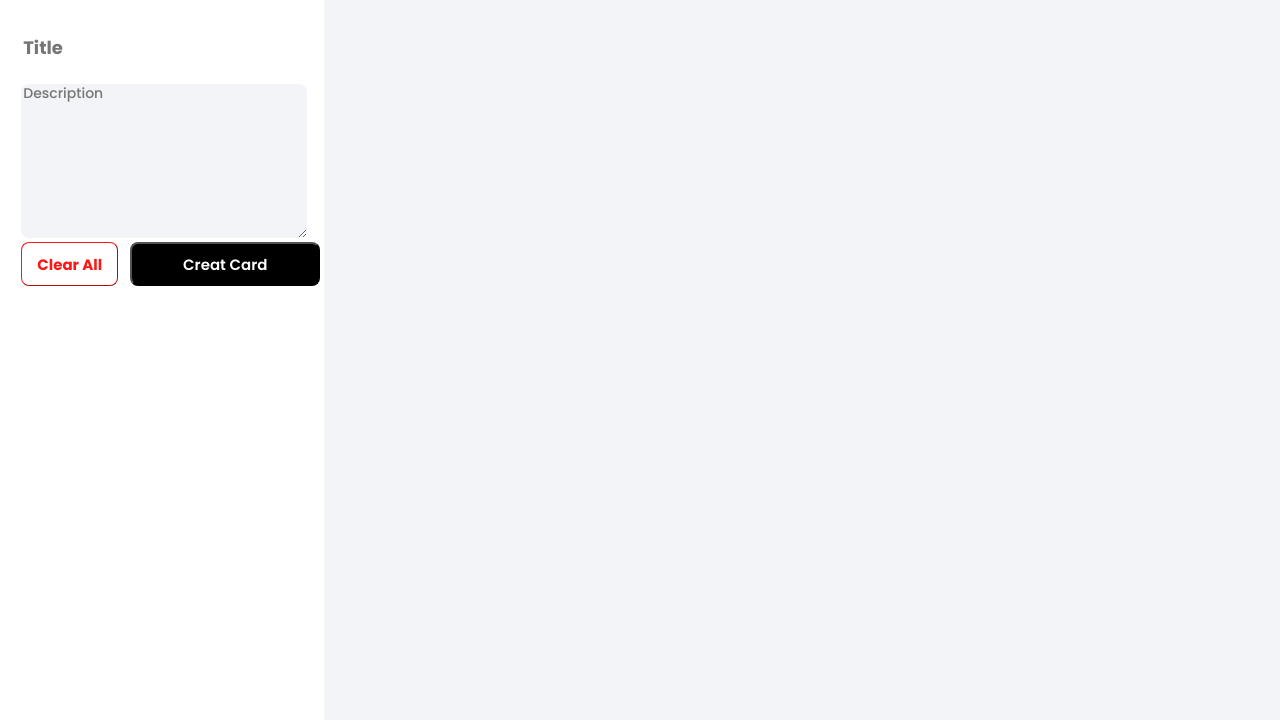
Repository: ReyhanehRahmani/TO-DO
Page: index.html
An editor plug-in stored every save of this project. The page is shown before and after the next save, followed by the edit.
The browser window is 1280 px wide. The pictures show the whole page.
Some web fonts or font styles are not loaded; a fallback is used.

Above is the page before, as saved 2025-06-08 14:07:43.

### index.html
<!DOCTYPE html>

<html lang="en">

    <head>

        <meta name="viewport" content="width=device-width, initial-scale=1.0" />

        <title>TO-DO</title>

        <link rel="icon" type="image/jpg" href="favicon.png">

        <link rel="stylesheet" href="style.css">

        <link rel="preconnect" href="https://fonts.googleapis.com">

        <link rel="preconnect" href="https://fonts.gstatic.com" crossorigin>

        <link href="https://fonts.googleapis.com/css2?family=Poppins:ital,wght@0,100;0,200;0,300;0,400;0,500;0,600;0,700;0,800;0,900;1,100;1,200;1,300;1,400;1,500;1,600;1,700;1,800;1,900&family=Sofia+Sans:ital,wght@0,1..1000;1,1..1000&display=swap" rel="stylesheet">

    </head>
    <body>
        <div id="side">

            <div id="main-card">
            <div id="content">
                <div >
                <div id="title">
                    <input type="text" id="titlebox" minlength="3" maxlength="30" placeholder="Title">
                </div>
                <div id="description">
                    <textarea type="text" id="descriptionbox" maxlength="200" placeholder="Description"></textarea>
                </div>
                </div>

                <div id="buttons">
                    <div id="clear"><button id="clearbut">Clear All</button></div>
                    <div id="creat"><button id="creatbut">Creat Card</button></div>
                </div>
            </div>

            </div>

            <div id="cardsContainer"></div>
        </div>

        <script src="script.js"></script>
    </body>

### style.css
@media screen and (max-width: 1279px){

body{
    background-color: #F2F4F7;
}



#main-card{
    margin-left: 6%;
    margin-right: 6%;
    margin-top: 6%;
    background-color: #FFFFFF;
}

#content{
    margin-right: 6.557377049%;
    margin-left: 6.557377049%;
    margin-top: 6.557377049%;
    margin-bottom: 6.557377049%;
}

#titlebox{
    font-family: 'Poppins';
    font-weight: 700;
    font-size: 18px;
    line-height: 150%;
    letter-spacing: -2%;
    border: none;
    width: 100%;
    height: 51px;
}

#descriptionbox{
    border: none;
    width: 100%;
    font-family: 'Poppins';
    font-weight: 500;
    font-size: 14px;
    line-height: 100%;
    letter-spacing: -3%;
    height: 150px;
    border-radius: 8px;
    background: #F2F4F7;

    margin-top: 10px;

}

#content{
    display: flex;
    flex-direction: column;
    justify-content: space-between;
    gap: 516px;
}

#buttons{
    display: flex;
    justify-content: space-between;
    gap: 12px;
    margin-bottom: 25px;
}

#clear{
    text-align: center;
    justify-content: center;
}

#clearbut{
    height: 44px;
    border-radius: 8px;
    border-width: 1.4px;
    border-color: #FF1616;
    background-color: #FFFFFF;
    font-family: 'Poppins';
    font-weight: 700;
    font-size: 15px;
    line-height: 100%;
    letter-spacing: -3%;
    color: #FF1616;
    white-space: nowrap;
    width: 97px;

}

#creat{
    text-align: center;
    justify-content: center;
}

#creatbut{
    height: 44px;
    border-radius: 8px;
    background: #000000;
    font-family: 'Poppins';
    font-weight: 600;
    font-size: 15px;
    line-height: 100%;
    letter-spacing: -3%;
    color: #FFFFFF;
    width: 190px;

}

.cardsContainer{
    justify-content: center;
}


.card {
    width: 76.923076923%;
    height: 238px;
    border-radius: 8px;
    background: #FCFCFD;
    box-shadow: 0px 0.5px 2px 0px #1018284D;
    justify-self: center;
    position: relative;
    margin-bottom: 24px;
}


.cardTitle{
    font-family: 'Poppins';
    font-weight: 700;
    font-size: 18px;
    line-height: 150%;
    letter-spacing: -2%;
    margin-left: 6.25%;
    padding-top: 4.1%;


}

.cardDate{
    font-family: 'Poppins';
    font-weight: 600;
    font-size: 13px;
    line-height: 150%;
    letter-spacing: -2%;
    margin-left: 6.25%;
    color: #98A2B3;
    margin-top: 6px;

}

.cardDesc{
    font-family: 'Poppins';
    font-weight: 500;
    font-size: 13px;
    line-height: 150%;
    letter-spacing: -2%;
    color: #98A2B3;
    margin-left: 6.25%;
    margin-top: 16px;
}

#todoTitle{
    font-family: 'Poppins';
    font-weight: 800;
    font-size: 32px;
    line-height: 100%;
    letter-spacing: -0.75%;
    color: #000000;
    margin-left: 12%;
    margin-bottom: 20px;
    margin-top: 80px;

}}

@media screen and (min-width: 1280px){


body, html {
    height: 100%;
    margin: 0;
    overflow: hidden;
    background-color: #F2F4F7;

}


#titlebox{
    font-family: 'Poppins';
    font-weight: 700;
    font-size: 18px;
    line-height: 150%;
    letter-spacing: -2%;
    border: none;
    width: 100%;
    height: 51px;
}

#descriptionbox{
    border: none;
    width: 100%;
    font-family: 'Poppins';
    font-weight: 500;
    font-size: 14px;
    line-height: 100%;
    letter-spacing: -3%;
    height: 150px;
    border-radius: 8px;
    background: #F2F4F7;

    margin-top: 10px;

}

#main-card{
    background-color: #FFFFFF;
    width: 25.31120332%;
    margin: 0%;
    height: 100vh;
}

#side{
  display: flex;
  flex-direction: row;
  height: 100vh;
  overflow: hidden;

}


#content{
    display: flex;
    flex-direction: column;
    justify-content: space-between;
    gap: 72.591006424%;
        margin-right: 6.557377049%;
    margin-left: 6.557377049%;
    margin-top: 6.557377049%;
    margin-bottom: 6.557377049%;
}

#buttons{
    display: flex;
    justify-content: space-between;
    gap: 12px;
    margin-bottom: 25px;
}

#clear{
    text-align: center;
    justify-content: center;
}

#clearbut{
    height: 44px;
    border-radius: 8px;
    border-width: 1.4px;
    border-color: #FF1616;
    background-color: #FFFFFF;
    font-family: 'Poppins';
    font-weight: 700;
    font-size: 15px;
    line-height: 100%;
    letter-spacing: -3%;
    color: #FF1616;
    white-space: nowrap;
    width: 97px;

}

#creat{
    text-align: center;
    justify-content: center;
}

#creatbut{
    height: 44px;
    border-radius: 8px;
    background: #000000;
    font-family: 'Poppins';
    font-weight: 600;
    font-size: 15px;
    line-height: 100%;
    letter-spacing: -3%;
    color: #FFFFFF;
    width: 190px;

}

#cardsContainer{
    overflow-y: auto;
    margin-left: 2%;
    height: 100vh;
    width: 22.130013831%;


}


.card {
    height: 238px;
    border-radius: 8px;
    background: #FCFCFD;
    box-shadow: 0px 0.5px 2px 0px #1018284D;
    position: relative;
    margin-bottom: 24px;

}


.cardTitle{
    font-family: 'Poppins';
    font-weight: 700;
    font-size: 18px;
    line-height: 150%;
    letter-spacing: -2%;
    margin-left: 6.25%;
    padding-top: 3.1%;


}

.cardDate{
    font-family: 'Poppins';
    font-weight: 600;
    font-size: 13px;
    line-height: 150%;
    letter-spacing: -2%;
    margin-left: 6.25%;
    color: #98A2B3;
    margin-top: 6px;

}

.cardDesc{
    font-family: 'Poppins';
    font-weight: 500;
    font-size: 13px;
    line-height: 150%;
    letter-spacing: -2%;
    color: #98A2B3;
    margin-left: 6.25%;
    margin-top: 16px;
}

#todoTitle{
    font-family: 'Poppins';
    font-weight: 800;
    font-size: 32px;
    line-height: 100%;
    letter-spacing: -0.75%;
    color: #000000;
    margin-left: 1%;
    margin-bottom: 20px;
    margin-top: 40px;

}

}

### script.js
document.getElementById("creatbut").onclick = function () {

    const title = document.getElementById("titlebox").value.trim();
    const desc = document.getElementById("descriptionbox").value.trim();

    const card = document.createElement("div");
    card.classList.add("card");

    const cardItems =document.createElement("div");
    card.classList.add("cardItem");

    card.appendChild(cardItems);

    const titleElem = document.createElement("div");
    titleElem.classList.add("cardTitle");
    titleElem.textContent = title;

    const dateElem = document.createElement("div");
    dateElem.classList.add("cardDate");

    const now = new Date();
    const day = now.getDate();
    const monthNames = ["January", "February", "March", "April", "May", "June","July", "August", "September", "October", "November", "December"];

    const month = monthNames[now.getMonth()];

    const formattedDate = day + " " + month;

    dateElem.textContent = formattedDate + " • " + " Assigned to Taha ";

    const descElem = document.createElement("div");
    descElem.classList.add("cardDesc");
    descElem.textContent = desc;

    cardItems.appendChild(titleElem);
    cardItems.appendChild(dateElem);
    cardItems.appendChild(descElem);

    document.getElementById("cardsContainer").appendChild(card);

    const container = document.getElementById("cardsContainer");

    if (!document.getElementById("todoTitle")) {
    const todo = document.createElement("div");
    todo.id = "todoTitle";
    todo.textContent = "TO DO";
    todo.classList.add("todoHeader");

    container.insertBefore(todo, container.firstChild);}



    document.getElementById("clearbut").addEventListener("click", function () {
    document.getElementById("titlebox").value = "";
    document.getElementById("descriptionbox").value = "";});


};

After the next save:
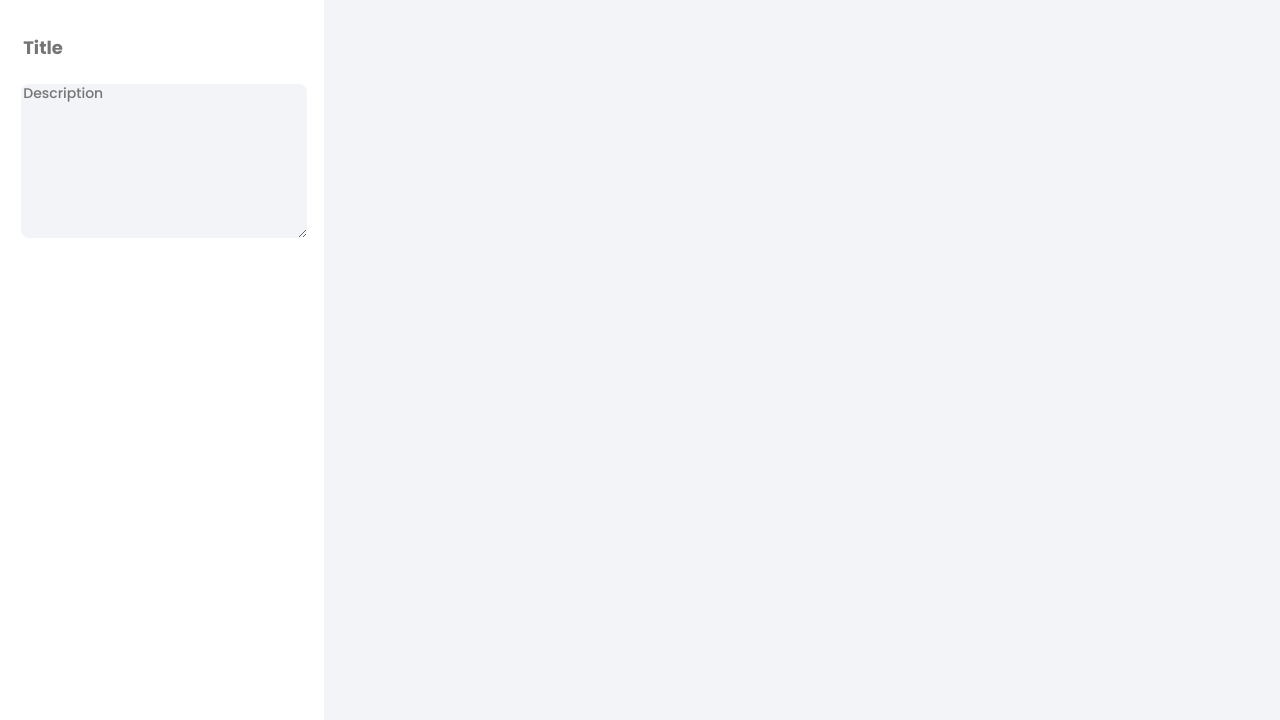
Saved 15 s later.
--- a/style.css
+++ b/style.css
@@ -226,7 +226,7 @@
     display: flex;
     flex-direction: column;
     justify-content: space-between;
-    gap: 72.591006424%;
+    gap: 72.591006424rem;
         margin-right: 6.557377049%;
     margin-left: 6.557377049%;
     margin-top: 6.557377049%;

After the 2 saves that followed:
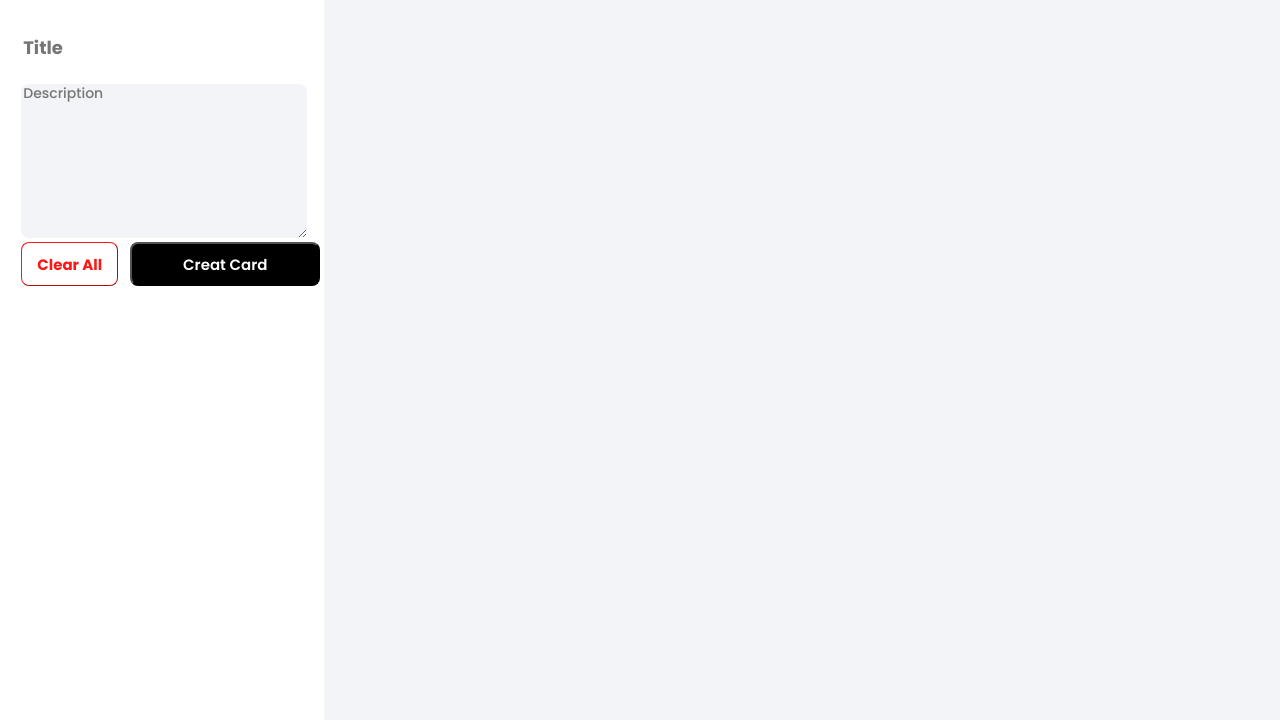
The 2 saves are shown as one change because they came seconds apart.
The last was saved 11 s later.
--- a/style.css
+++ b/style.css
@@ -226,7 +226,7 @@
     display: flex;
     flex-direction: column;
     justify-content: space-between;
-    gap: 72.591006424rem;
+    gap: 72.591006424wh;
         margin-right: 6.557377049%;
     margin-left: 6.557377049%;
     margin-top: 6.557377049%;
